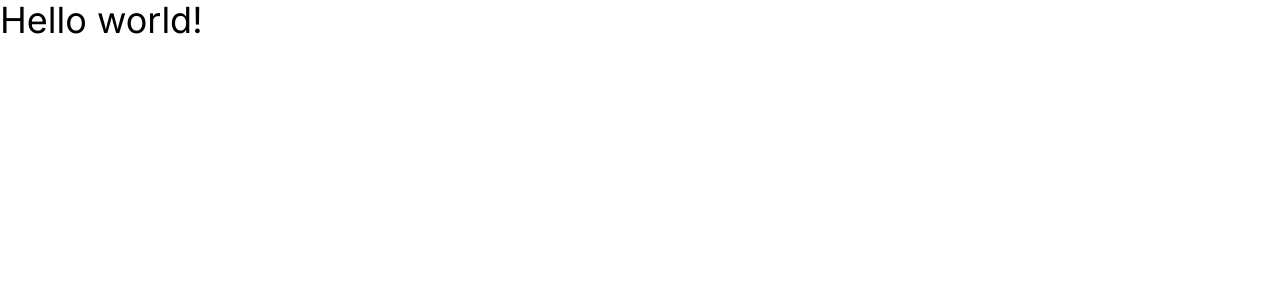
Repository: gimoli/loja-digital
Page: index.html
These files come from the project's save history. The page is drawn as it stood at one moment and after the next save; the edit follows.
The browser window is 1280 px wide. The pictures show the whole page.

Above is the page before, as saved 2025-04-22 09:22:03.

### index.html
<!DOCTYPE html>
<html lang="en">
<head>
    <meta charset="UTF-8">
    <meta name="viewport" content="width=device-width, initial-scale=1.0">
    <title>Document</title>
    <script src="https://cdn.jsdelivr.net/npm/@tailwindcss/browser@4"></script>
   <link rel="shortcut icon" href="./assets/DRIP STORE - DIGITAL COLLEGE (Copy) (Copy).zip" type="image/x-icon">
    <link rel="stylesheet" href="style.css">
        </head>
<body>
    <h1 class="text-4xl text-">
        Hello world!
      </h1>

</body>
</html>

### style.css
@import url('https://fonts.googleapis.com/css2?family=Inter:ital,opsz,wght@0,14..32,100..900;1,14..32,100..900&display=swap');

:root {
    font-family: "Inter", sans-serif;
    --dark-gray: #1F1F1F;
    --dark-gray-2: #474747;
    --dark-gray-3: #666666;
    --light-gray: #8F8F8F;
    --light-gray-2: #CCCCCC;
    --light-gray-3: #F5F5F5;
    --white: #FFFFFF;
    --primary-color: #C92071;
    --secondary-color: #B5B6F2;
    --tertiary-color: #991956;
    --error-color: #EE4266;
    --success-color: #52CA76;
    --warnig-color: #F6AA1C;
    --primary-gradient: 180deg, #C92071, #EDABCA;
    --secondary-gradient: 180deg, #B5B6F2, #EFEFFF;
}

@theme {

}

After the next save:
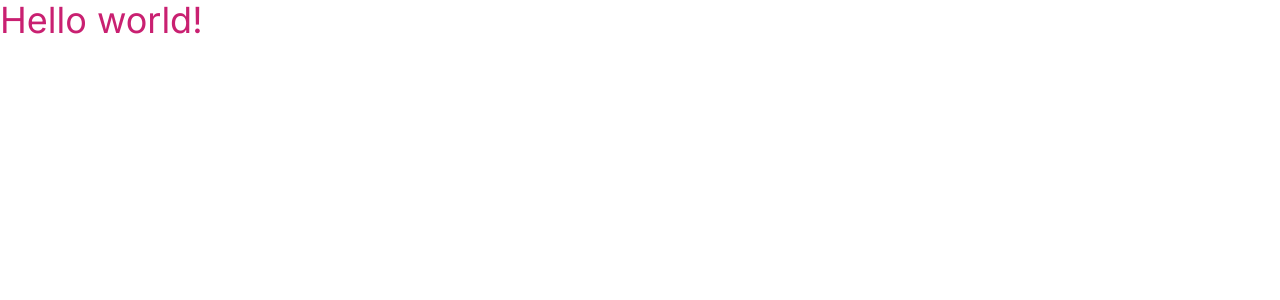
Saved 10 s later.
--- a/index.html
+++ b/index.html
@@ -9,7 +9,7 @@
     <link rel="stylesheet" href="style.css">
         </head>
 <body>
-    <h1 class="text-4xl text-">
+    <h1 class="text-4xl text-(--primary-color)">
         Hello world!
       </h1>
 
